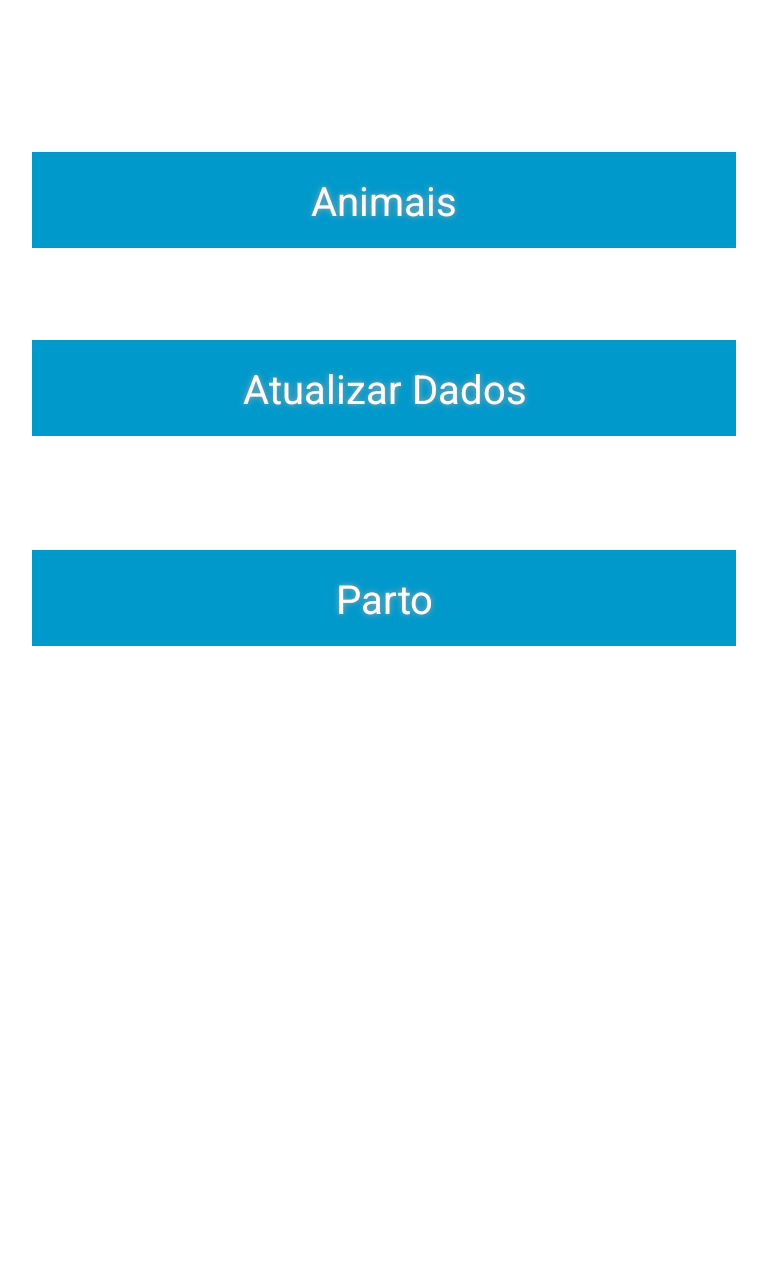
Repository: vpamaral/TaurusMobile
Layout: TaurusMobile/res/layout/activity_main.xml
An editor plug-in stored every save of this project. The layout is shown before and after the next save, followed by the edit.
It is drawn on a 768 x 1280 px phone screen (xhdpi) without system bars, with theme AppTheme; the app's code is not run.

Above is the layout before, as saved 2015-05-15 16:20:09.

After the next save:
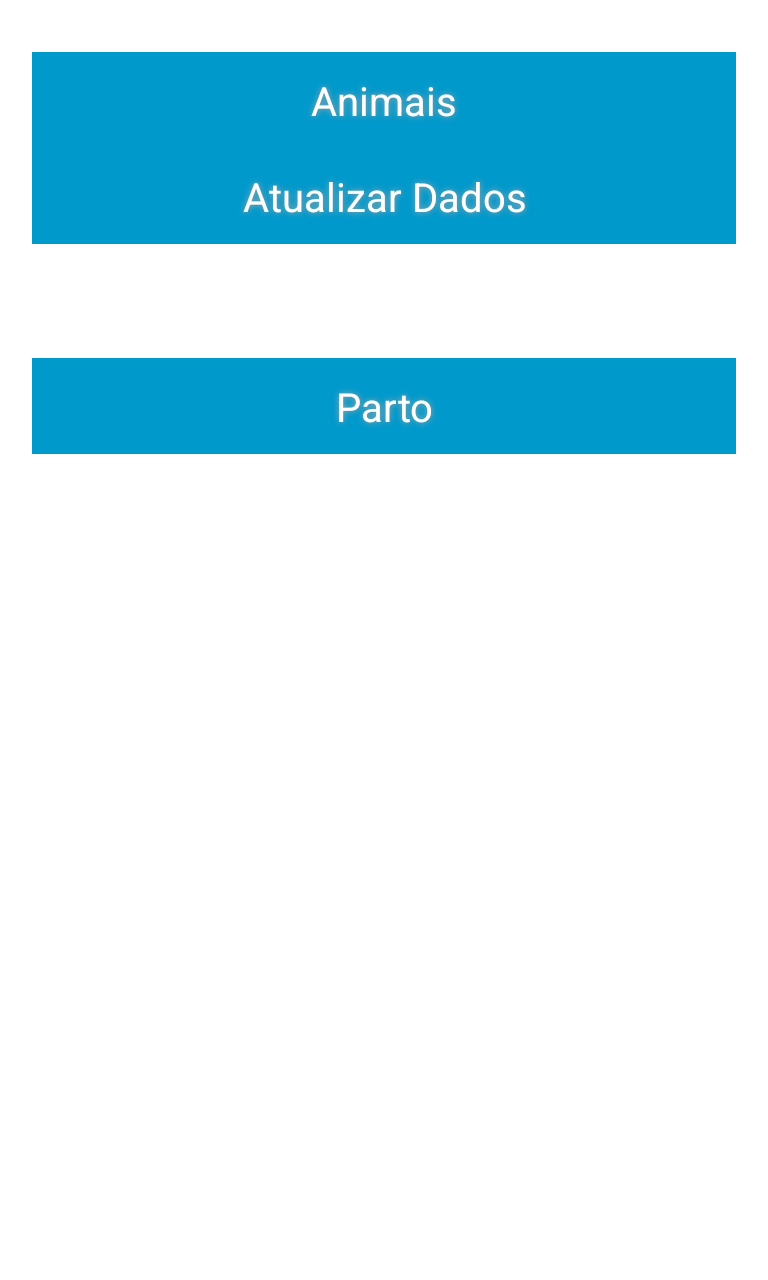
Saved 2 min 1 s later.
--- a/TaurusMobile/res/layout/activity_main.xml
+++ b/TaurusMobile/res/layout/activity_main.xml
@@ -20,7 +20,7 @@
             android:layout_height="wrap_content"
             android:layout_alignLeft="@+id/btn_atualiza"
             android:layout_below="@+id/btn_atualiza"
-            android:layout_marginTop="60dp"
+            android:layout_marginTop="10dp"
             android:background="@drawable/btn_selector"
             android:shadowColor="#A8A8A8"
             android:shadowDx="0"
@@ -40,7 +40,6 @@
             android:id="@+id/btn_atualiza"
             android:layout_width="match_parent"
             android:layout_height="wrap_content"
-            android:layout_marginTop="46dp"
             android:background="@drawable/btn_selector"
             android:shadowColor="#A8A8A8"
             android:shadowDx="0"
